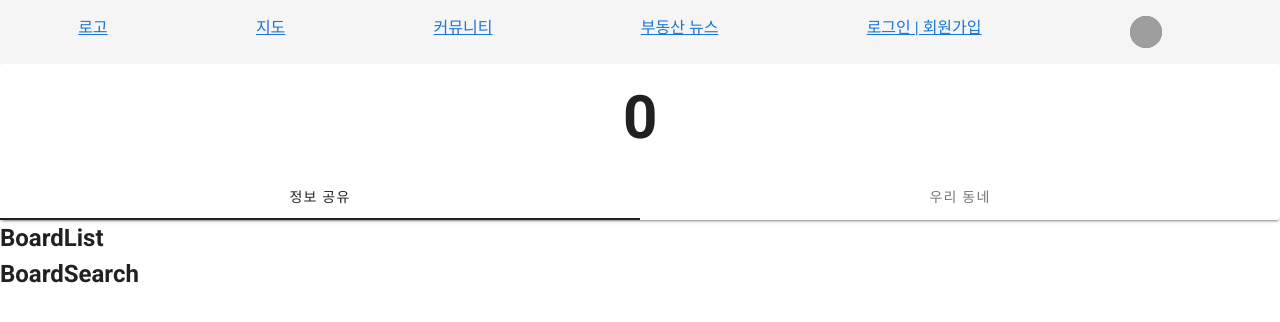
Repository: misso88/vue-whereIsMyHome
Page: /community
An editor plug-in stored every save of this project. The page is shown before and after the next save, followed by the edit.
The browser window is 1280 px wide. The pictures show the whole page.
The project was rebuilt for these pictures with package versions that can differ from the ones it lists, and the page was loaded fresh each time. Also part of the build but not shown: vue.config.js, src/views/AppMain.vue, src/components/house/sidebar/HouseListItem.vue, src/components/house/sidebar/HouseList.vue, src/components/house/sidebar/HouseListFilter.vue, src/components/house/sidebar/HouseSidebar.vue, src/components/house/map/HouseMapFilter.vue, src/components/house/map/HouseMap.vue and 2 more.

Above is the page before, as saved 2022-11-16 10:46:59.

After the next save:
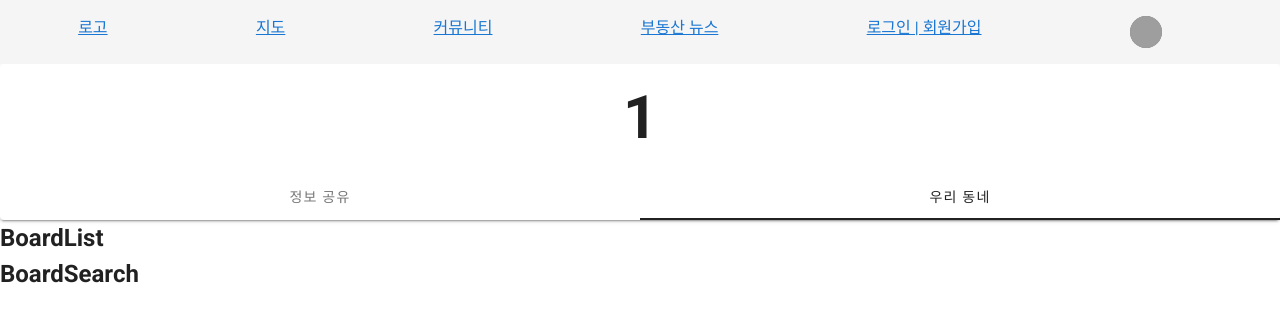
Saved 5 s later.
--- a/src/components/board/BoardHeader.vue
+++ b/src/components/board/BoardHeader.vue
@@ -58,9 +58,9 @@ export default {
         ],
      }
     },
-    created() {
-      this.tab = this.tabs[0].title;
-    },
+    // created() {
+    //   this.tab = this.tabs[0].title;
+    // },
     computed: {
       checkTab() {
         return this.tab.title;

After the save that followed:
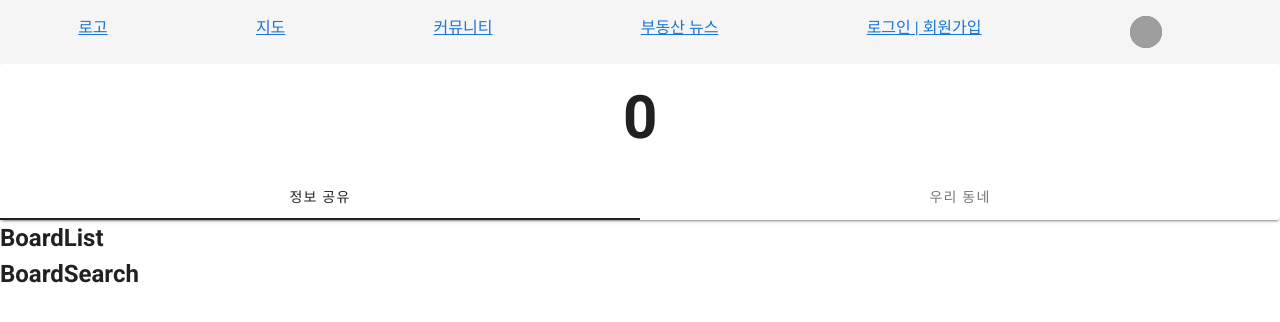
Saved 10 s later.
--- a/src/components/board/BoardHeader.vue
+++ b/src/components/board/BoardHeader.vue
@@ -45,7 +45,7 @@ export default {
     name: "BoardHeader",
     data () {
       return {
-        tab: 1,
+        tab: 0,
         tabs: [
           {
             type: 1,
